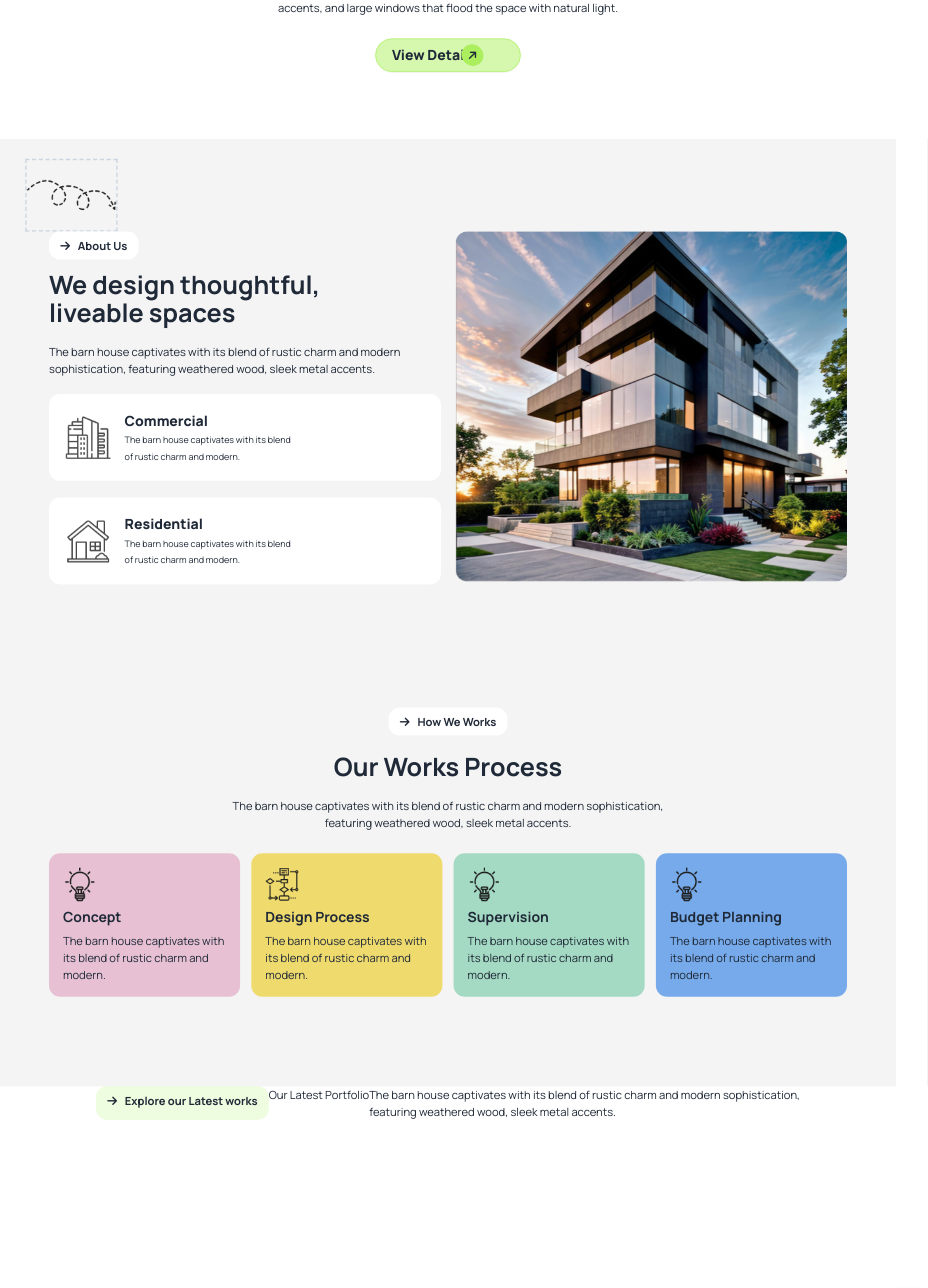
Repository: Tanvir4312/assignment-03
Page: index.html
An editor plug-in stored every save of this project. The page is shown before and after the next save, followed by the edit.
The browser window is 1280 px wide. The page is 1325 px wide, so the pictures cover 1325 px, including what lies to the right of the window. The pictures show the part of the page from y = 747 to 2587 px (the page is 2587 px tall), at 70% of full size.
Some web libraries are served in a nearby version.

Above is the page before, as saved 2024-10-30 18:05:41.

After the next save:
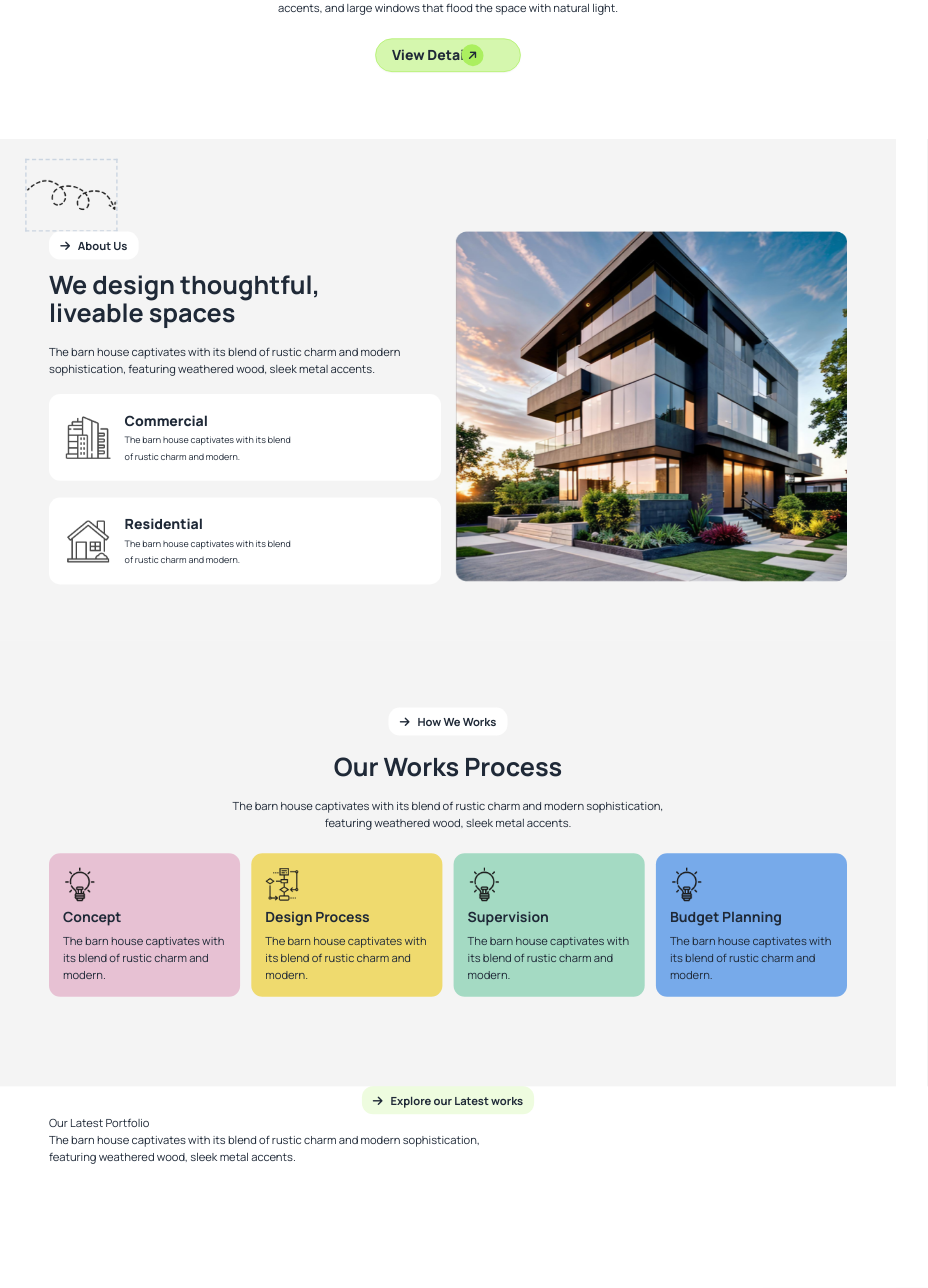
Saved 52 s later.
--- a/index.html
+++ b/index.html
@@ -232,10 +232,11 @@
                         <i class="fa-solid fa-arrow-right pr-2"></i>
                         <button class="font-bold">Explore our Latest works</button>
                     </div>
-                    <!-- Text -->
-                     <h1>Our Latest Portfolio</h1>
-                     <p>The barn house captivates with its blend of rustic charm and modern sophistication, <br> featuring weathered wood, sleek metal accents.</p>
-                </div>
+                </div>
+                <!-- Text -->
+                <h1>Our Latest Portfolio</h1>
+                <p>The barn house captivates with its blend of rustic charm and modern sophistication, <br> featuring
+                    weathered wood, sleek metal accents.</p>
             </div>
         </section>
     </main>
